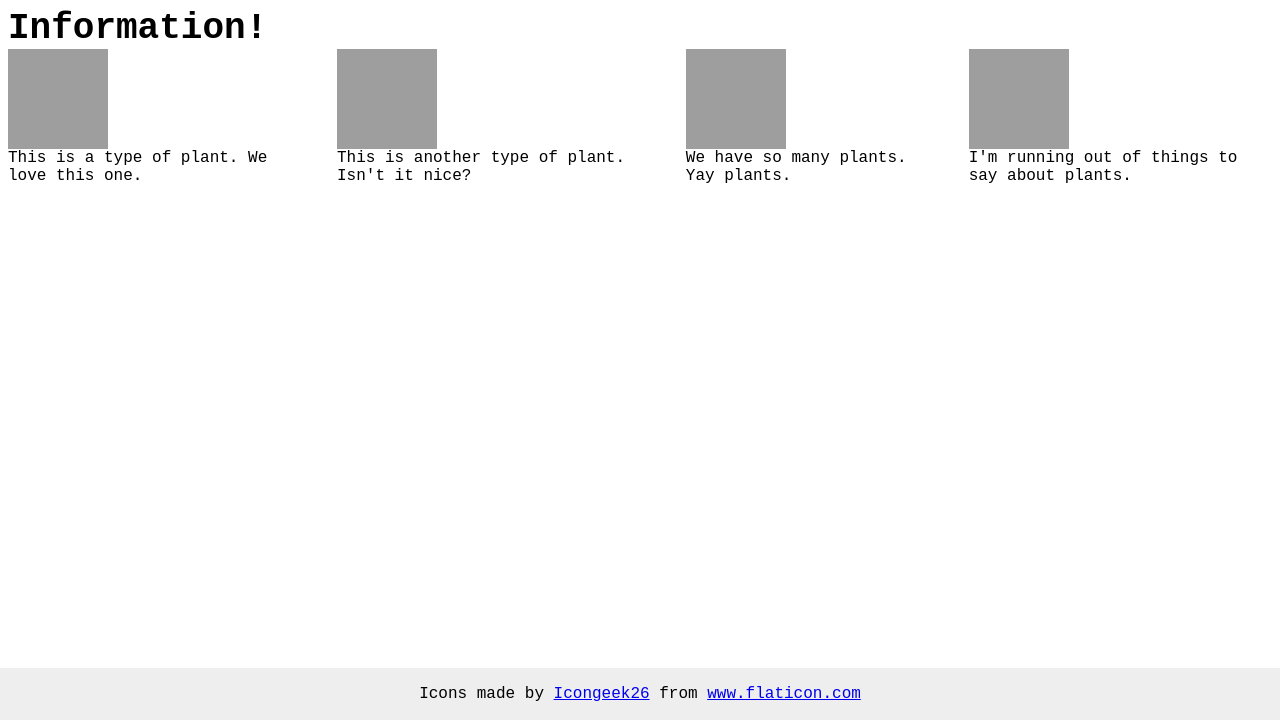
Repository: bbrockbrown/css-exercises
Page: flex/04-flex-information/index.html
The author's editor kept a copy of each file at every save. The page is drawn from the files as they stood at one save, then again after the next save.
The browser window is 1280 px wide. The pictures show the whole page.
Pictures or frames that could not be fetched are drawn as grey boxes.

Above is the page before, as saved 2024-07-21 17:31:48.

After the next save:
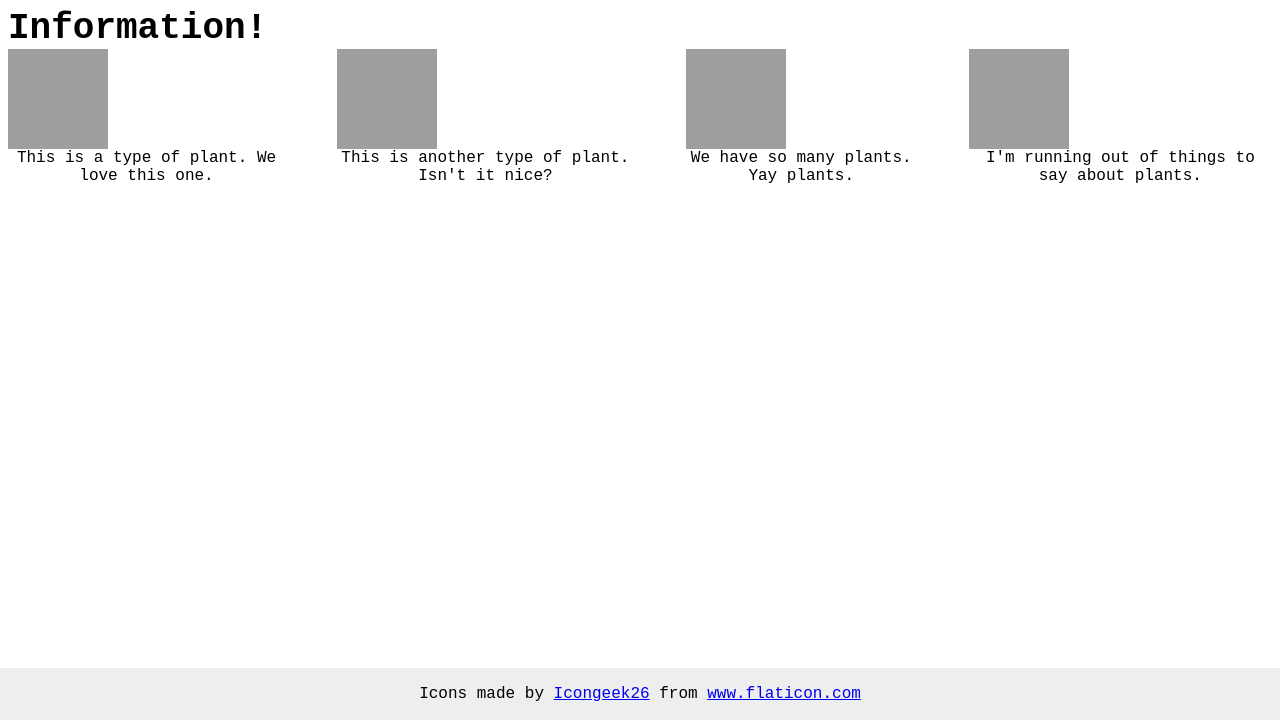
Saved 25 s later.
--- a/flex/04-flex-information/style.css
+++ b/flex/04-flex-information/style.css
@@ -23,6 +23,7 @@ img {
   display: flex;
   flex-direction: column;
   justify-content: space-evenly;
+  text-align: center
 }
 
 
